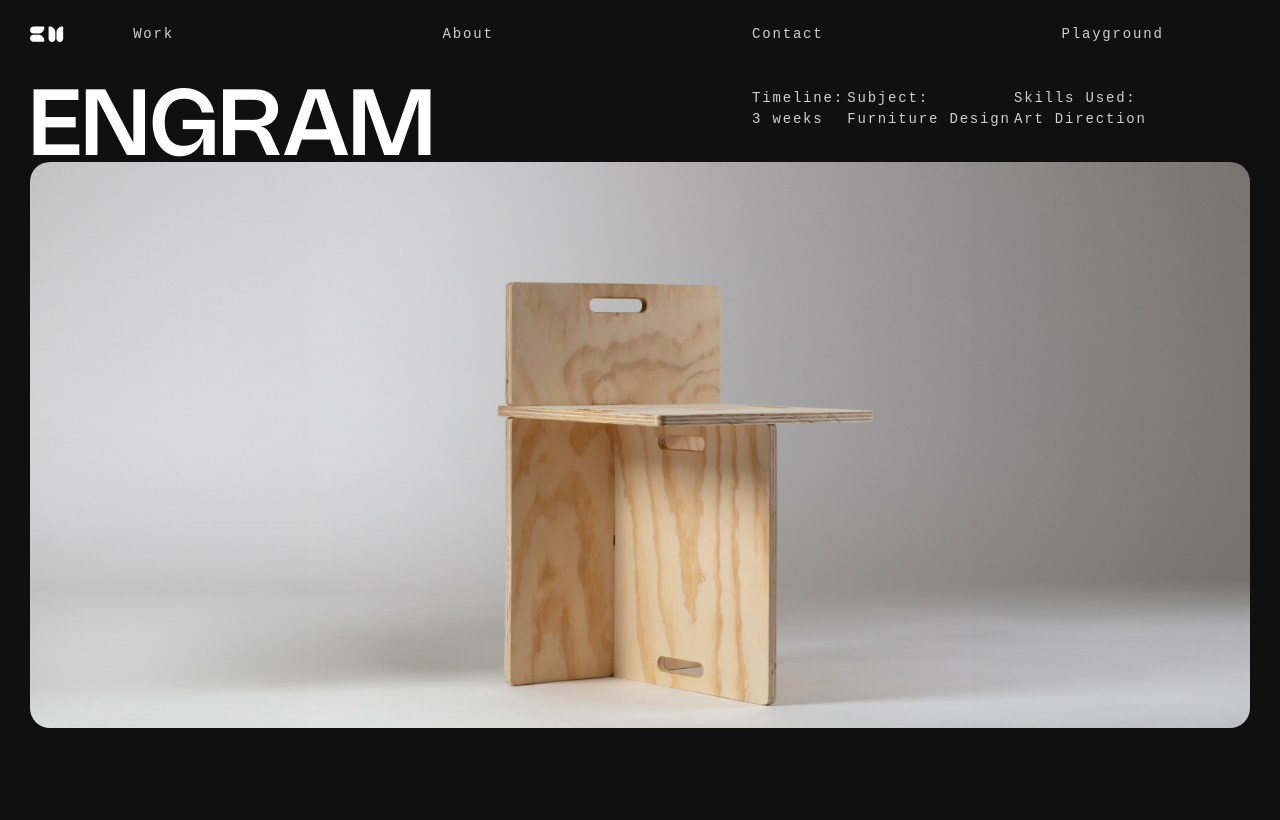
Repository: theethanwright/ethan_wright_portfolio
Page: work/work.html
An editor plug-in stored every save of this project. The page is shown before and after the next save, followed by the edit.
The browser window is 1280 px wide. The pictures show the whole page.

Above is the page before, as saved 2023-12-25 23:08:03.

### work/work.html
<!DOCTYPE html>
<html lang="en">
<head>
    <meta charset="UTF-8">
    <meta name="viewport" content="width=device-width, initial-scale=1.0">
    <script defer src="https://cdnjs.cloudflare.com/ajax/libs/matter-js/0.19.0/matter.min.js"></script>
    <script defer src="app.js"></script>
    <link rel="stylesheet" href="main.css">
    <link rel="stylesheet" href="layouts.css">
    <title>Work</title>
</head>
<body>
    <div class="navbar">
        <div class="logo">
            <svg xmlns="http://www.w3.org/2000/svg" width="16" height="17" viewBox="0 0 16 17" fill="none">
                <path d="M14.3673 0H3.61693C1.61938 0 0 1.6756 0 3.74249C0 5.80938 1.61938 7.48498 3.61693 7.48498H9.1428C12.5831 7.48498 15.372 4.59931 15.372 1.03958C15.372 0.46542 14.9221 0 14.3673 0Z" fill="white"/>
                <path d="M9.1428 8.72827H3.61693C1.61938 8.72827 0 10.4039 0 12.4708C0 14.5377 1.61938 16.2133 3.61693 16.2133H14.3673C14.9221 16.2133 15.372 15.7478 15.372 15.1737C15.372 11.6139 12.5831 8.72827 9.1428 8.72827Z" fill="white"/>
            </svg>
            <svg xmlns="http://www.w3.org/2000/svg" width="17" height="17" viewBox="0 0 17 17" fill="none">
                <path d="M1.63275 0C1.07786 0 0.628052 0.46542 0.628052 1.03958V12.8729C0.628052 14.9398 2.24743 16.6154 4.24498 16.6154C6.24253 16.6154 7.86191 14.9398 7.86191 12.8729V6.4454C7.86191 2.88567 5.07306 0 1.63275 0Z" fill="white"/>
                <path d="M15.2936 0C11.8532 0 9.06439 2.88567 9.06439 6.4454V12.8729C9.06439 14.9398 10.6838 16.6154 12.6813 16.6154C14.6789 16.6154 16.2983 14.9398 16.2983 12.8729V1.03958C16.2983 0.46542 15.8484 0 15.2936 0Z" fill="white"/>
            </svg>
        </div>
        <p>Work</p>
        <p>About</p>
        <p>Contact</p>
        <p>Playground</p>
        <a href="javascript:void(0);" class="icon" onclick="myFunction()">
            <i class="hamburger"><svg xmlns="http://www.w3.org/2000/svg" width="24" height="24" viewBox="0 0 24 24" fill="none">
                <rect y="2.26416" width="24" height="3.16981" fill="white"/>
                <rect y="17.6604" width="24" height="3.16981" fill="white"/>
                <rect x="1.81133" y="9.96225" width="22.1887" height="3.16981" fill="white"/>
              </svg></i>
        </a>
    </div>
    <div class="wrapper-project">
        <h1>Engram</h1>
        <div class="project-info">
        <p>Timeline:<br>3 weeks</p>
        <p>Subject:<br>Furniture Design</p>
        <p>Skills Used:<br>Art Direction</p>
        </div>
        <a href="">
            <img src="public/images/1.jpg" alt="">
        </a>
    </div>
</body>
</html>

### work/main.css


@font-face {
    font-family: "Nohemi";
    src: url(public/fonts/Nohemi-Medium.woff2);
  }

@import url('https://fonts.googleapis.com/css2?family=IBM+Plex+Mono&display=swap');

h1 {
  box-sizing: border-box;
  color: #FFF;
  font-family: "Nohemi";
  font-size: 7.176vw;
  font-style: normal;
  font-weight: 500;
  line-height: 0%; /* 186px */
  letter-spacing: 1.24px;
  text-transform: uppercase;
  margin: 0%;
}

p {
  box-sizing: border-box;
    color: rgba(255, 255, 255, 0.80);
    font-family: 'IBM Plex Mono', monospace;
    font-size: 14px;
    font-style: normal;
    font-weight: 400;
    line-height: 150%; /* 21px */
    letter-spacing: 1.82px;
    margin: 0%;
}

  body {
    box-sizing: border-box;
    display: block;
    overflow: scroll;
    background: #101010;
  }

  img {
    box-sizing: border-box;
    max-width: 100%;
    height: auto;

    border-radius: 20px;
  }

  a {
    box-sizing: border-box;
  }

### work/layouts.css
@media screen and (min-width: 905px) {
    body {
      margin: 0%;
      padding: 0%;
    }

    .navbar {
        box-sizing: border-box;
        position: absolute;
        padding: 24px 30px;
        display: grid;
        margin: 0;
        width: 100%;
        grid-template-columns: repeat(12, 1fr);
        gap: 1.389vw;
    }

    .logo {
        grid-column-start: 1;
        display: flex;
        width: 34px;
        height: 16px;
        justify-content: center;
        align-items: center;
        gap: 3.256px;
        justify-self: start;
        align-self: center;
      }

      p:nth-child(2) {
        grid-column: 2 / span 2;
        justify-self: start;
        align-self: center;
      }

      p:nth-child(3) {
        grid-column: 5 / span 2;
        justify-self: start;
        align-self: center;
      }

      p:nth-child(4) {
        grid-column: 8 / span 2;
        justify-self: start;
        align-self: center;
      }

      p:nth-child(5) {
        grid-column: 11 / span 2;
        justify-self: start;
        align-self: center;
      }

      .hamburger {
        display: none;
      }

      .wrapper-project {
        box-sizing: border-box;
        display: grid;
        margin: 0;
        width: 100%;
        padding: 88px 30px;
        grid-template-columns: repeat(12, 1fr);
        gap: 32px 1.389vw;
      }

      .wrapper-project h1 {
        grid-column: 1 / span 4;
        justify-self: start;
        align-self: end;
      }

      .wrapper-project .project-info {
        grid-column: 8 / span 4;
        justify-self: stretch;
        align-self: end;

        display: flex;
        justify-content: space-between;
        align-items: flex-end;
      }

      .wrapper-project a {
        grid-column: 1 / span 12;
        justify-self: start;
        align-self: center;
      }

}

@media screen and (max-width: 904px) {
    .navbar {
        position: absolute;
        padding: 16px 30px;
        display: grid;
        margin: 0;
        grid-template-columns: repeat(8, 8.833vw);
        gap: 2.667vw;
    }

    .logo {
        grid-column-start: 1;
        display: flex;
        width: 34px;
        height: 16px;
        justify-content: center;
        align-items: center;
        gap: 3.256px;
        justify-self: start;
        align-self: center;
      }

    .navbar p {
        display: none;
    }

    .icon {
        display: grid;
        grid-column-start: 8;
        justify-self: end;
        align-self: center;
    }
}

@media screen and (max-width: 600px) {
    .navbar {
        position: absolute;
        padding: 16px 16px;
        display: grid;
        margin: 0;
        grid-template-columns: repeat(4, 19.444vw);
        gap: 4.444vw;
    }

    .logo {
        grid-column-start: 1;
        display: flex;
        width: 34px;
        height: 16px;
        justify-content: center;
        align-items: center;
        gap: 3.256px;
        justify-self: start;
        align-self: center;
      }

    .navbar p {
        display: none;
    }

    .icon {
        display: grid;
        grid-column-start: 4;
        justify-self: end;
        align-self: center;
    }
}

Loaded but not shown: work/app.js (common file)

After the next save:
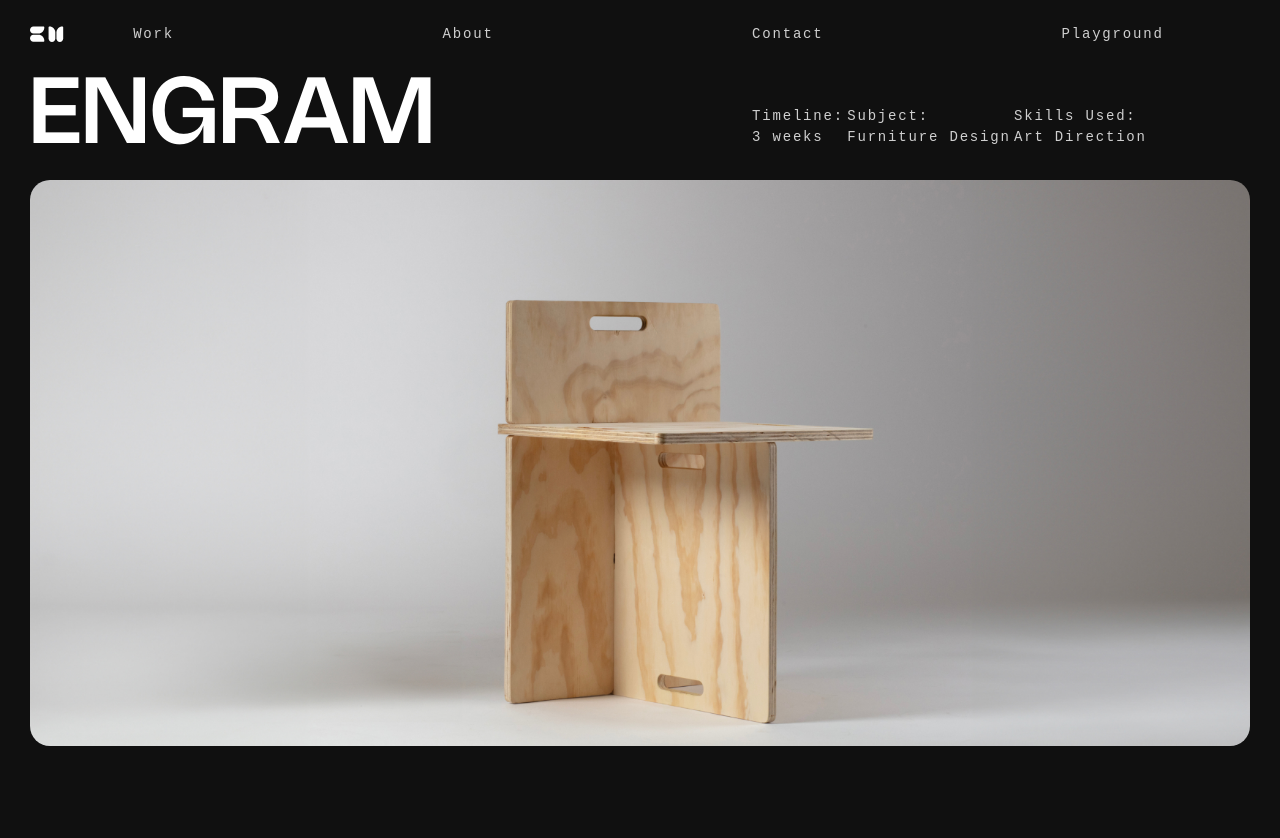
Saved 42 s later.
--- a/work/main.css
+++ b/work/main.css
@@ -14,7 +14,7 @@ h1 {
   font-size: 7.176vw;
   font-style: normal;
   font-weight: 500;
-  line-height: 0%; /* 186px */
+  line-height: 65%; /* 186px */
   letter-spacing: 1.24px;
   text-transform: uppercase;
   margin: 0%;
